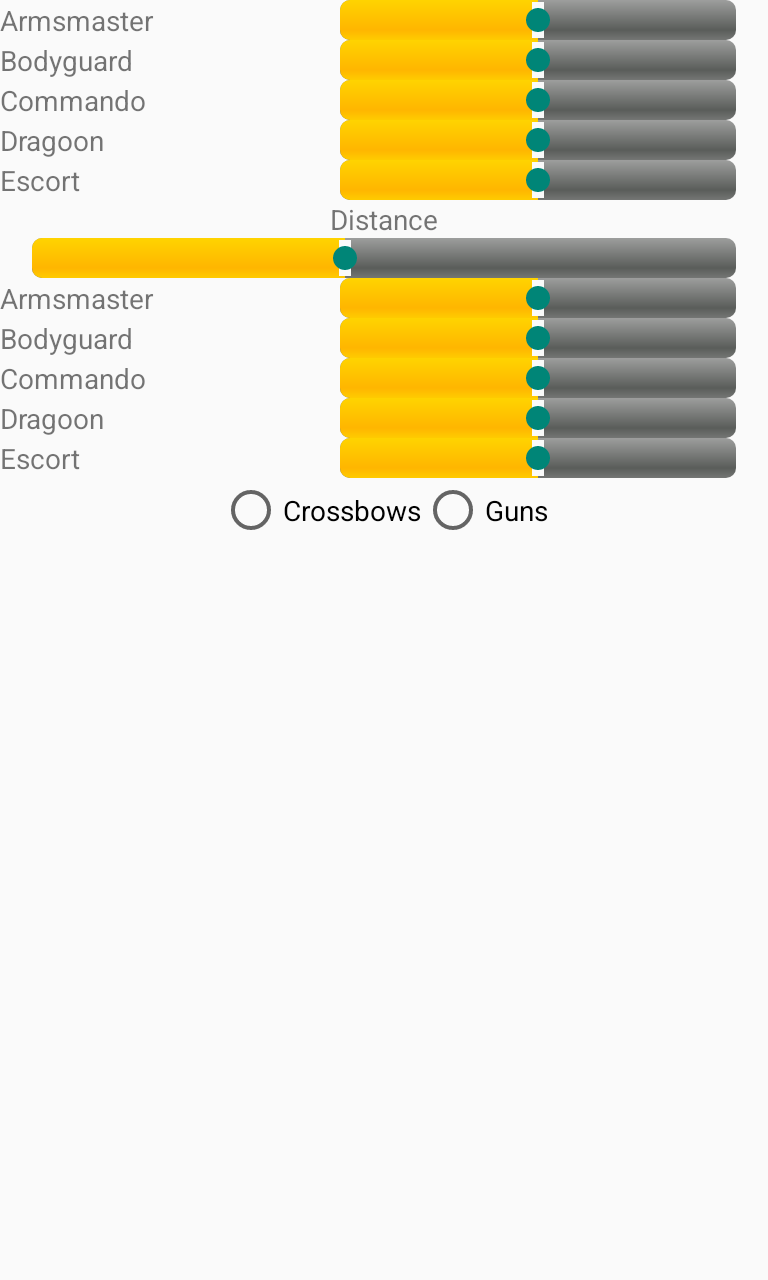
Repository: bryanpope/TARR
Layout: workspace/helloworld/res/layout/activity_hello_world.xml
These files come from the project's save history. The layout is drawn as it stood at one moment and after the next save; the edit follows.
It is drawn on a 768 x 1280 px phone screen (xhdpi) without system bars, with theme AppTheme; the app's code is not run.

Above is the layout before, as saved 2014-06-01 23:34:32.

After the next save:
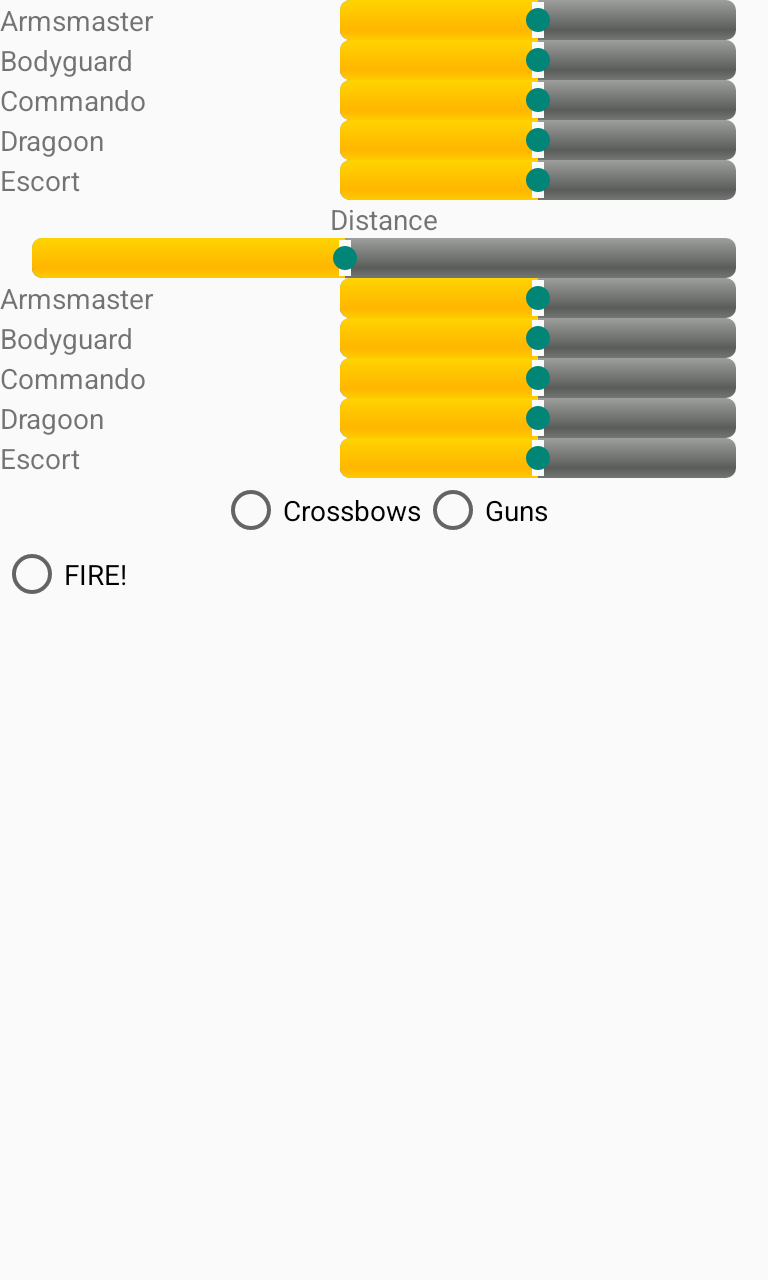
Saved 7 s later.
--- a/workspace/helloworld/res/layout/activity_hello_world.xml
+++ b/workspace/helloworld/res/layout/activity_hello_world.xml
@@ -249,5 +249,10 @@
 	        android:text="@string/guns" />
 	</RadioGroup>
 
+    <RadioButton
+        android:id="@+id/buttonFire"
+        android:layout_width="wrap_content"
+        android:layout_height="wrap_content"
+        android:text="@string/fire" />
 
 </LinearLayout>
